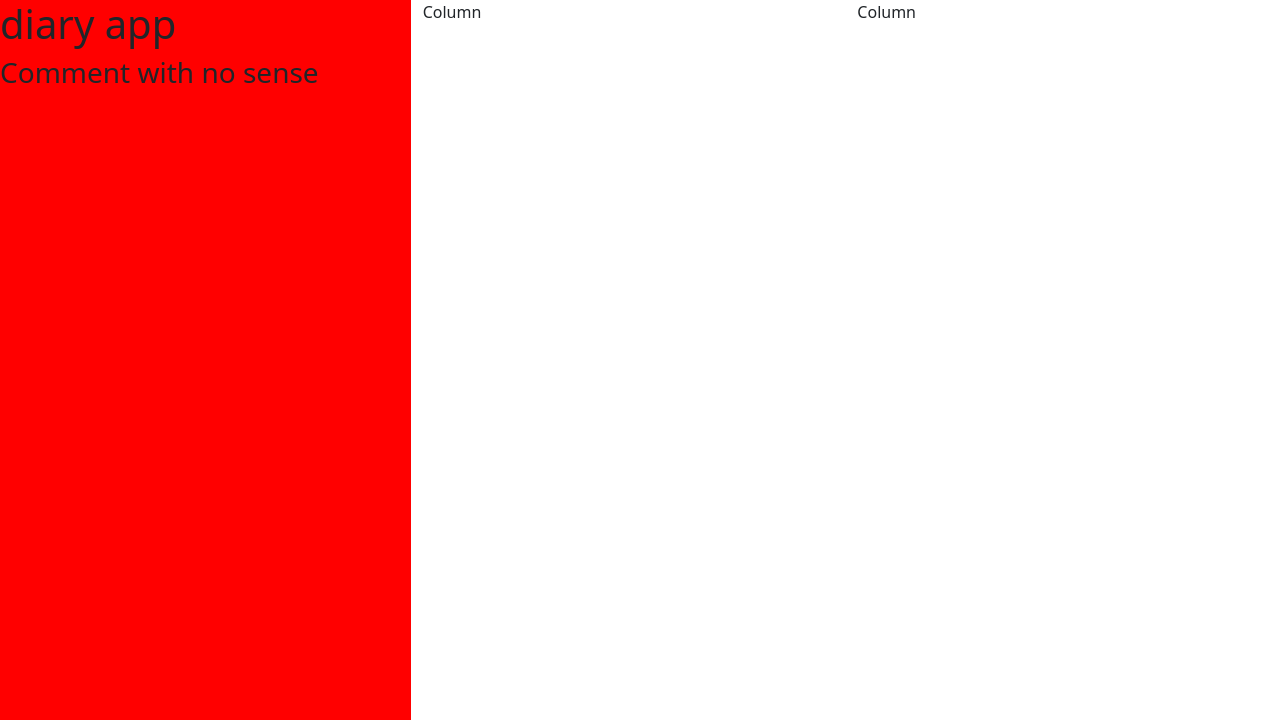
Repository: tsydikov/diary
Page: /
These files come from the project's save history. The page is drawn as it stood at one moment and after the next save; the edit follows.
The browser window is 1280 px wide. The pictures show the whole page.
The project was rebuilt for these pictures with package versions that can differ from the ones it lists, and the page was loaded fresh each time.

Above is the page before, as saved 2021-09-10 18:52:14.

### public/index.html
<!DOCTYPE html>
<html lang="en">
  <head>
    <meta charset="utf-8" />
    <meta name="viewport" content="width=device-width, initial-scale=1" />
    <link href="https://cdn.jsdelivr.net/npm/bootstrap@5.1.1/dist/css/bootstrap.min.css" rel="stylesheet" integrity="sha384-F3w7mX95PdgyTmZZMECAngseQB83DfGTowi0iMjiWaeVhAn4FJkqJByhZMI3AhiU" crossorigin="anonymous">
    <title>Diary App</title>
  </head>
  <body>
    <noscript>You need to enable JavaScript to run this app.</noscript>
    <div id="root"></div>
  </body>
</html>

### src/App.js
import React from "react";
import Navbar from "./UI/Navbar/Navbar";

function App() {
  return (
    <div class="container-fluid" >
      <div class="row " >
        <div class="col px-0" >
          <Navbar />
    </div>
        <div class="col">
          Column
    </div>
        <div class="col">
          Column
    </div>
      </div>
    </div>
  );
}

export default App;

### src/UI/Navbar/Navbar.jsx
import React from 'react';
import cl from './Navbar.module.css'
// style={{background:'red'}}
const Navbar = () => {
    return (
        <div className={cl.container} >
            <h1>diary app</h1>
            <h3>Comment with no sense</h3>
        </div>
    );
};

export default Navbar;

### src/UI/Navbar/Navbar.module.css
.container {
    background: red;
    height: 100vh;
    margin: 0;
    padding: 0;
}

Loaded but not shown: src/index.js (common file)

After the next save:
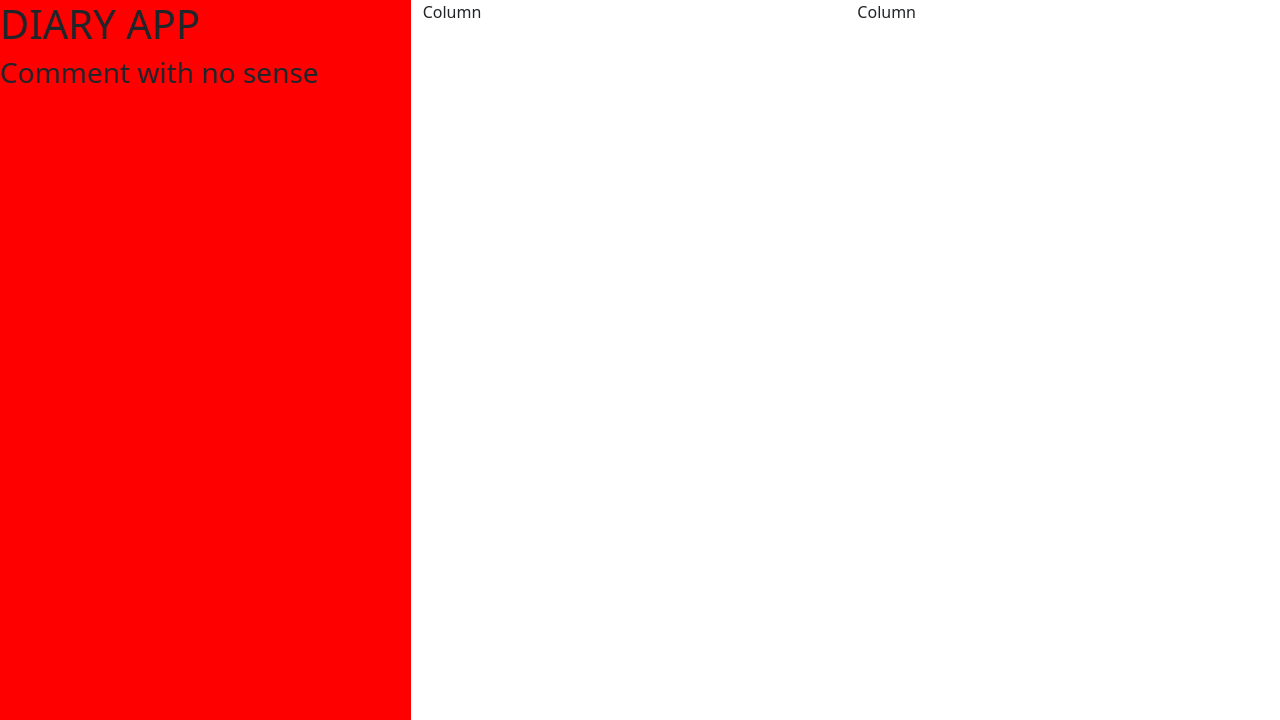
Saved 87 s later.
--- a/src/UI/Navbar/Navbar.module.css
+++ b/src/UI/Navbar/Navbar.module.css
@@ -1,6 +1,8 @@
 .container {
     background: red;
     height: 100vh;
-    margin: 0;
-    padding: 0;
 }
+
+.container h1 {
+    text-transform: uppercase;
+}
